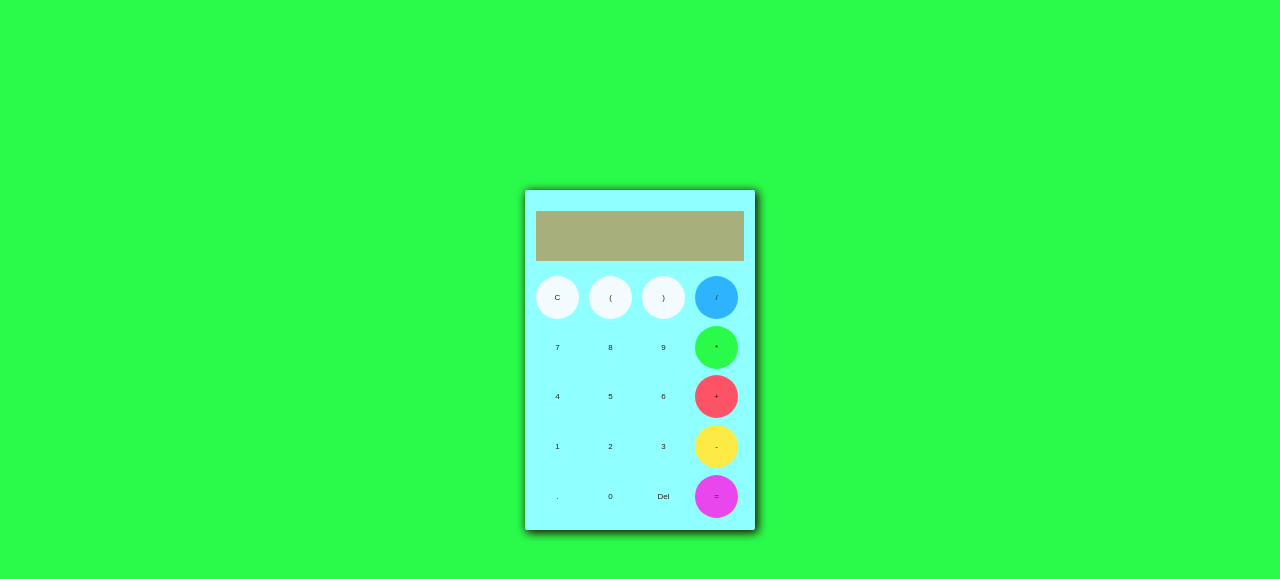
Repository: ServerK001/CalcJsVanilha
Page: index.html
These files come from the project's save history. The page is drawn as it stood at one moment and after the next save; the edit follows.
The browser window is 1280 px wide. The pictures show the whole page.

Above is the page before, as saved 2022-02-15 18:32:19.

After the next save:
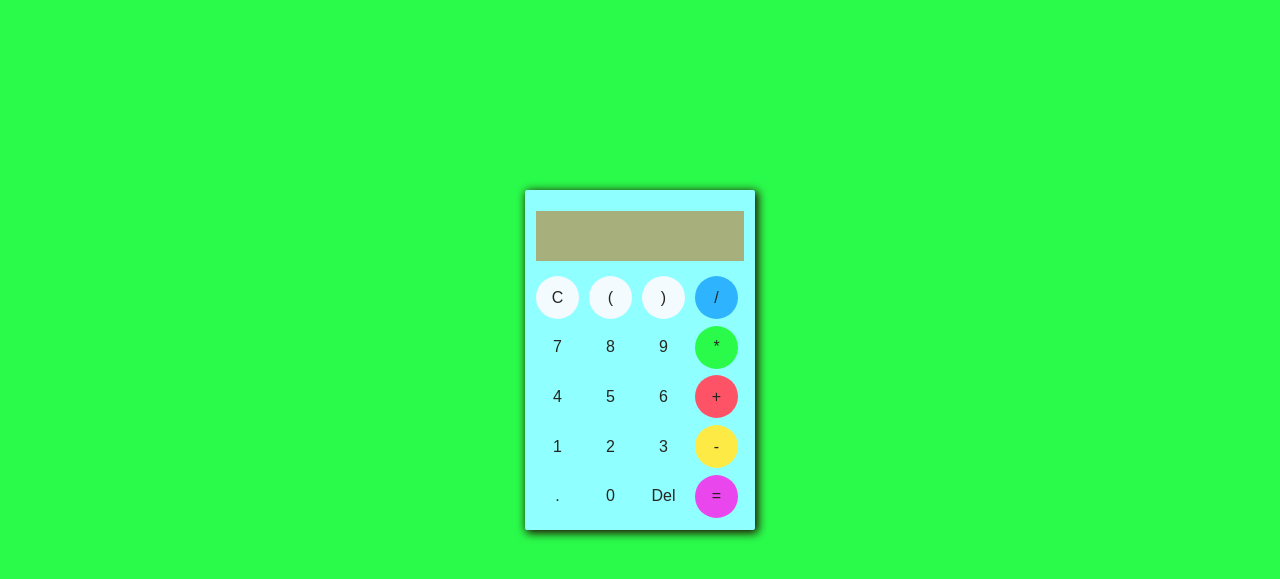
Saved 7 s later.
--- a/style.css
+++ b/style.css
@@ -50,7 +50,7 @@ input[type=text] {
   }
 
 .btn{
-    font-size: 0.5rem;
+    font-size: 1rem;
     color:var(--btn);
     background-color: var(--bgBtn);
     padding: 0.5rem ;
